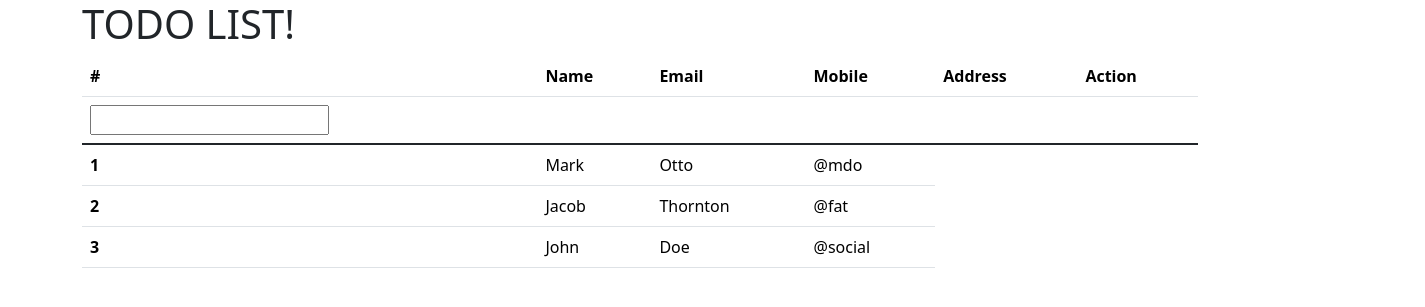
Repository: faizrehmandeveloper-spec/mern
Page: js/todo.html
The author's editor kept a copy of each file at every save. The page is drawn from the files as they stood at one save, then again after the next save.
The browser window is 1280 px wide. The page is 1280 px wide, then 1425 px, so the pictures cover 1425 px, including what lies to the right of the window. The pictures show the whole page.

Above is the page before, as saved 2026-06-25 11:34:47.

### js/todo.html
<!doctype html>
<html lang="en">

<head>
    <meta charset="utf-8">
    <meta name="viewport" content="width=device-width, initial-scale=1">
    <title>Bootstrap demo</title>
    <link href="https://cdn.jsdelivr.net/npm/bootstrap@5.3.8/dist/css/bootstrap.min.css" rel="stylesheet"
        integrity="sha384-sRIl4kxILFvY47J16cr9ZwB07vP4J8+LH7qKQnuqkuIAvNWLzeN8tE5YBujZqJLB" crossorigin="anonymous">
</head>

<body>
    <div class="container">
        <h1>TODO LIST!</h1>
        <table class="table">
            <thead>
                <tr>
                    <th scope="col">#</th>
                    <th scope="col">Name</th>
                    <th scope="col">Email</th>
                    <th scope="col">Mobile</th>
                    <th scope="col">Address</th>
                    <th scope="col">Action</th>
                </tr>
                <tr>
                    <th><input type="text" id="name"></th>
                </tr>
            </thead>
            <tbody class="table-group-divider">
                <tr>
                    <th scope="row">1</th>
                    <td>Mark</td>
                    <td>Otto</td>
                    <td>@mdo</td>
                </tr>
                <tr>
                    <th scope="row">2</th>
                    <td>Jacob</td>
                    <td>Thornton</td>
                    <td>@fat</td>
                </tr>
                <tr>
                    <th scope="row">3</th>
                    <td>John</td>
                    <td>Doe</td>
                    <td>@social</td>
                </tr>
            </tbody>
        </table>
    </div>
    <script src="https://cdn.jsdelivr.net/npm/bootstrap@5.3.8/dist/js/bootstrap.bundle.min.js"
        integrity="sha384-FKyoEForCGlyvwx9Hj09JcYn3nv7wiPVlz7YYwJrWVcXK/BmnVDxM+D2scQbITxI"
        crossorigin="anonymous"></script>
</body>

</html>

After the next save:
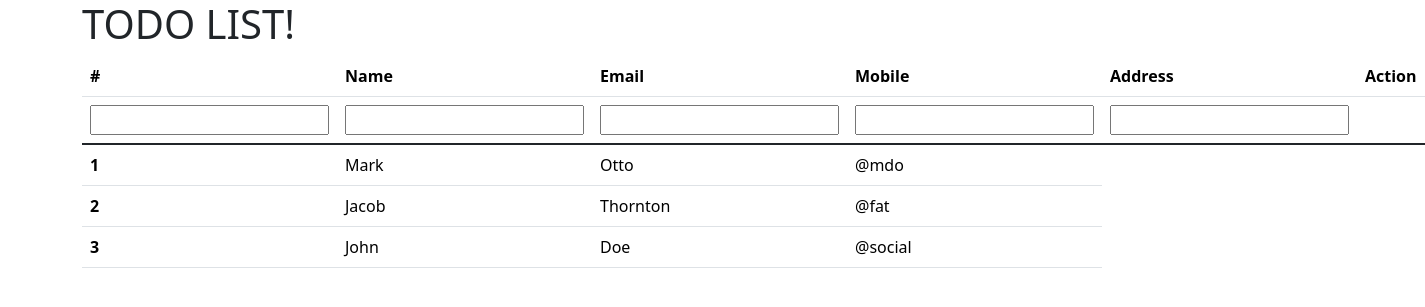
Saved 7 s later.
--- a/js/todo.html
+++ b/js/todo.html
@@ -23,6 +23,10 @@
                     <th scope="col">Action</th>
                 </tr>
                 <tr>
+                    <th><input type="text" id="name"></th>
+                    <th><input type="text" id="name"></th>
+                    <th><input type="text" id="name"></th>
+                    <th><input type="text" id="name"></th>
                     <th><input type="text" id="name"></th>
                 </tr>
             </thead>
